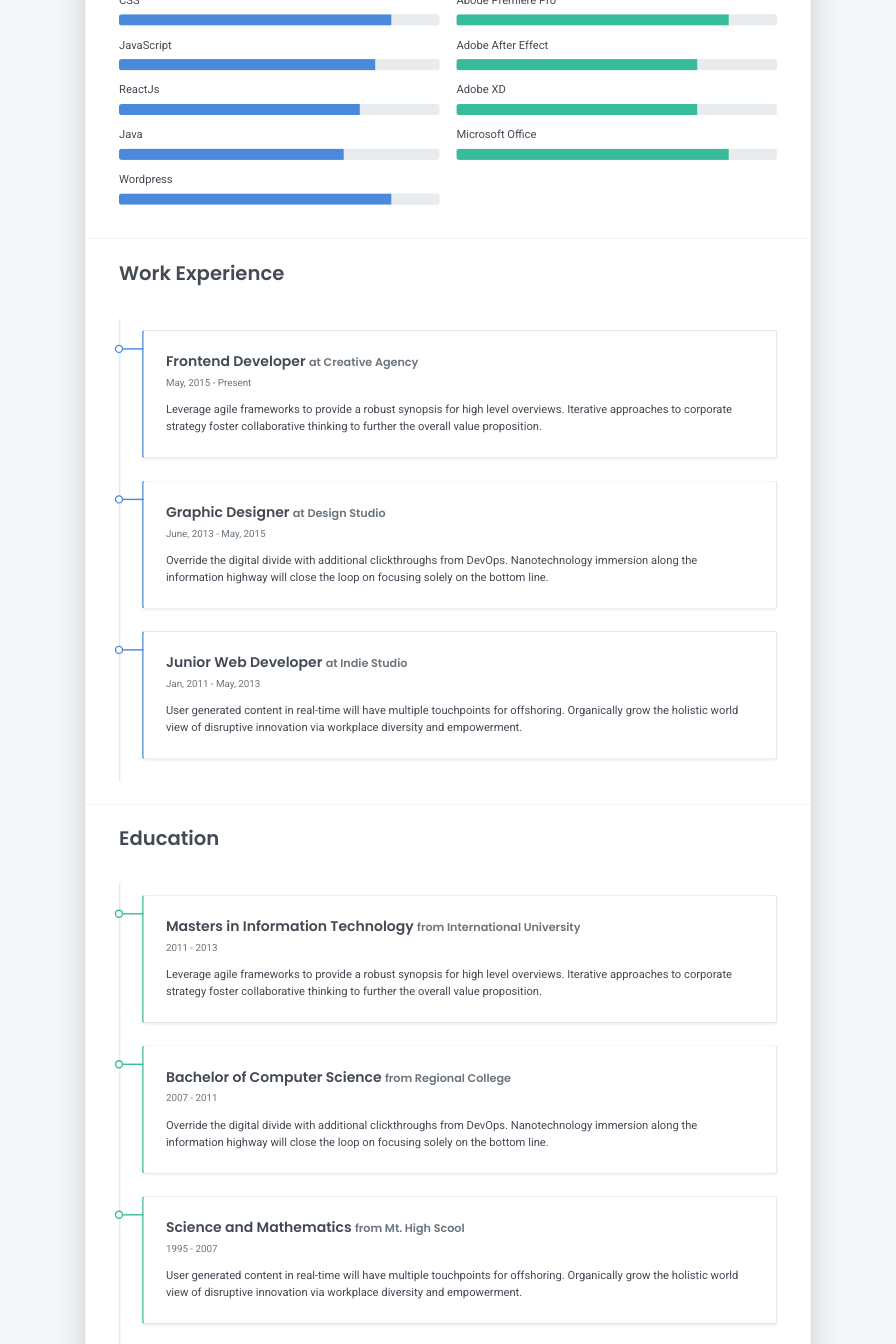
Repository: virangaj/resume
Page: index.html
An editor plug-in stored every save of this project. The page is shown before and after the next save, followed by the edit.
The browser window is 1280 px wide. The pictures show the part of the page from y = 798 to 2718 px (the page is 3516 px tall before and 3580 px after), at 70% of full size.

Above is the page before, as saved 2021-08-31 19:29:17.

After the next save:
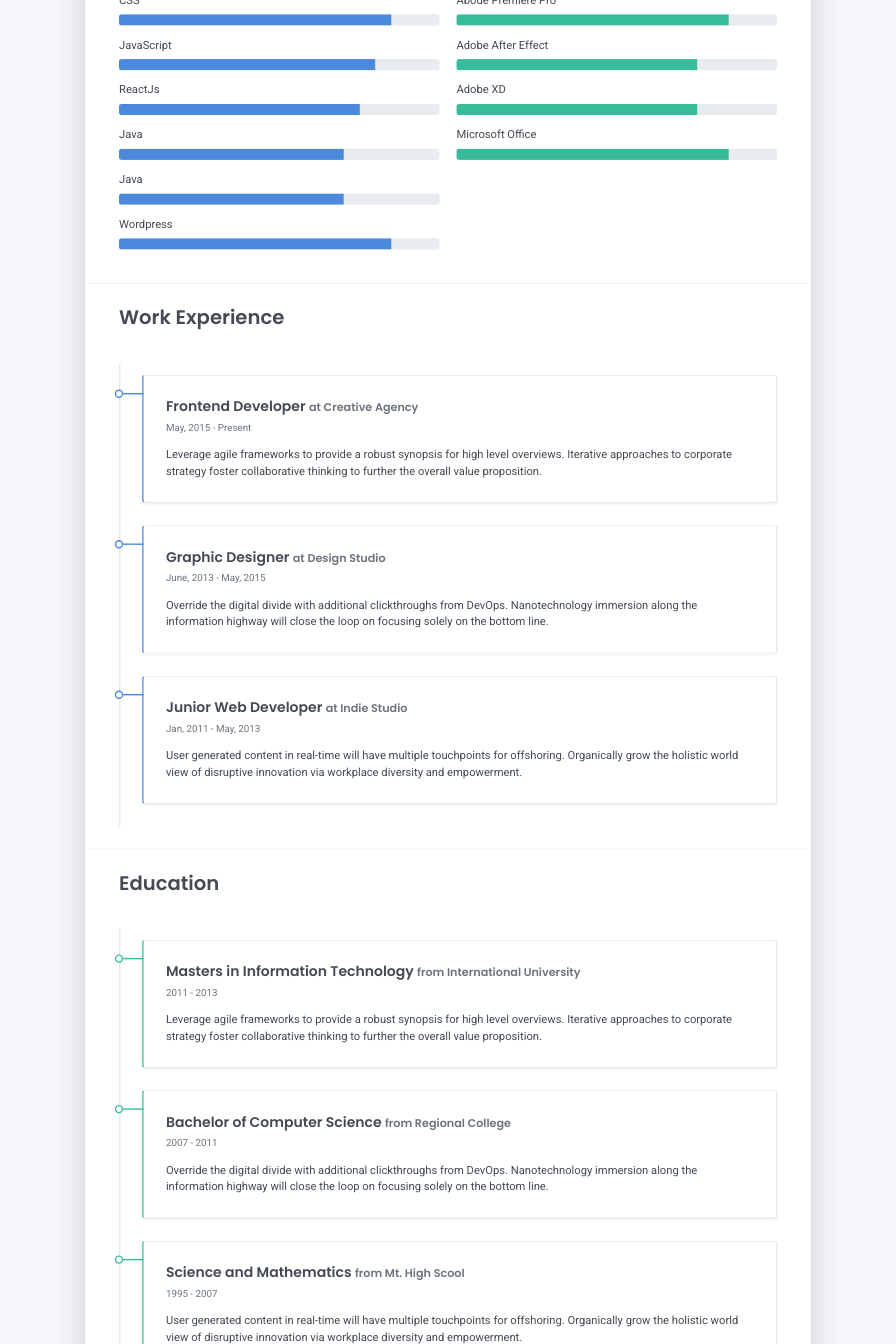
Saved 9 s later.
--- a/index.html
+++ b/index.html
@@ -254,6 +254,22 @@
 									</div>
 								</div>
 								<div class="mb-2">
+									<span>Java</span>
+									<div class="progress my-1">
+										<div
+											class="progress-bar bg-primary"
+											role="progressbar"
+											data-aos="zoom-in-right"
+											data-aos-delay="300"
+											data-aos-anchor=".skills-section"
+											style="width: 70%"
+											aria-valuenow="70"
+											aria-valuemin="0"
+											aria-valuemax="100"
+										></div>
+									</div>
+								</div>
+								<div class="mb-2">
 									<span>Wordpress</span>
 									<div class="progress my-1">
 										<div
